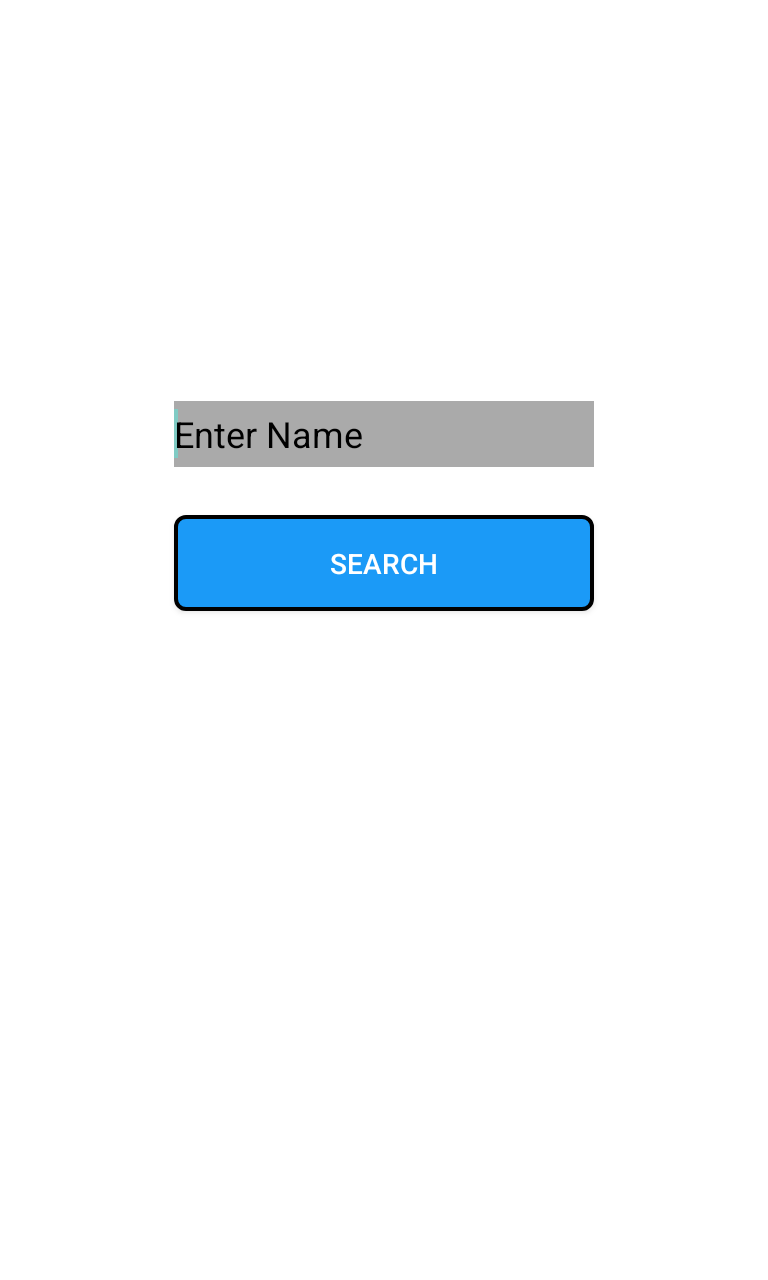
Repository: Team-7/prototype.6
Layout: workspace/Hope World Wide/res/layout/select.xml
An editor plug-in stored every save of this project. The layout is shown before and after the next save, followed by the edit.
It is drawn on a 768 x 1280 px phone screen (xhdpi) without system bars, with theme AppTheme; the app's code is not run.

Above is the layout before, as saved 2014-05-29 11:46:04.

After the next save:
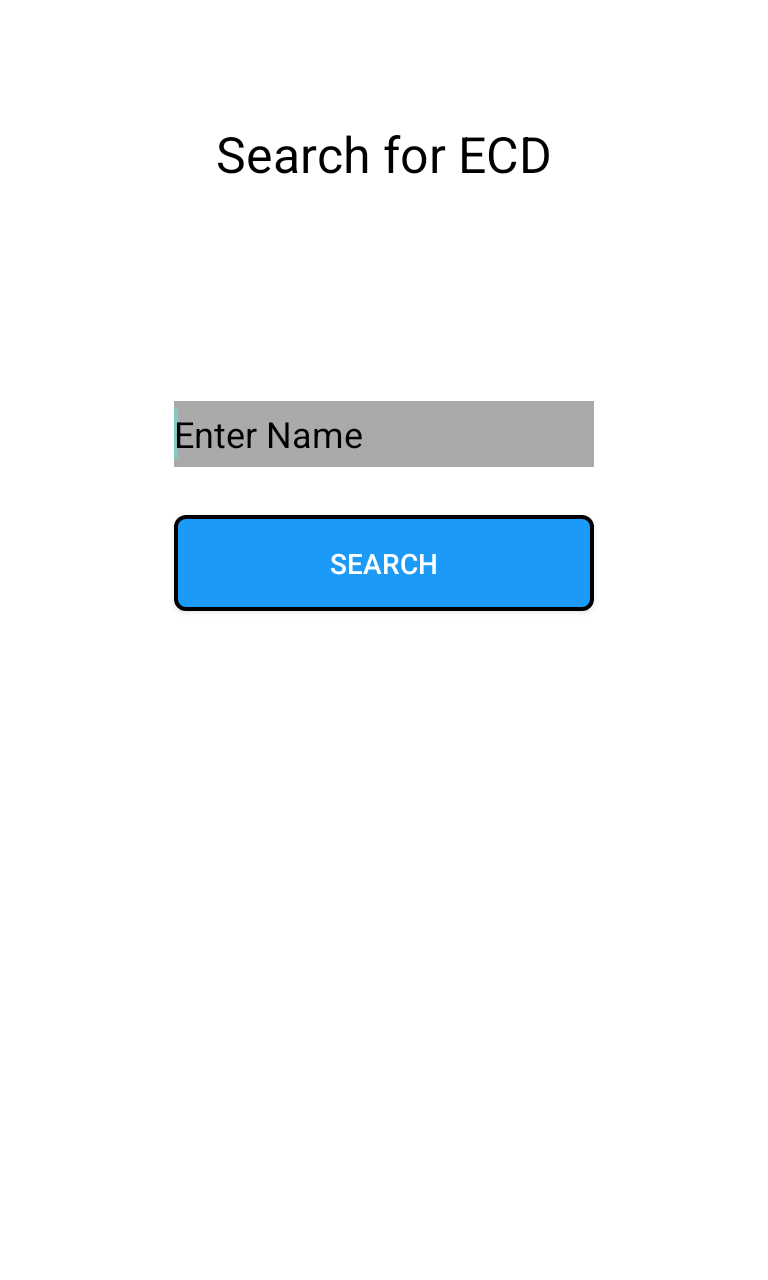
Saved 56 s later.
--- a/workspace/Hope World Wide/res/layout/select.xml
+++ b/workspace/Hope World Wide/res/layout/select.xml
@@ -16,7 +16,8 @@
         android:text="@string/ecd1"
         android:textAppearance="?android:attr/textAppearanceLarge"
         android:textSize="25sp"
-        style="@style/Text.Strong.Blurry"/>
+        style="@style/Text.Strong.Blurry"
+        android:textColor="#000000" />
 
     <Button
         android:id="@+id/button1"
